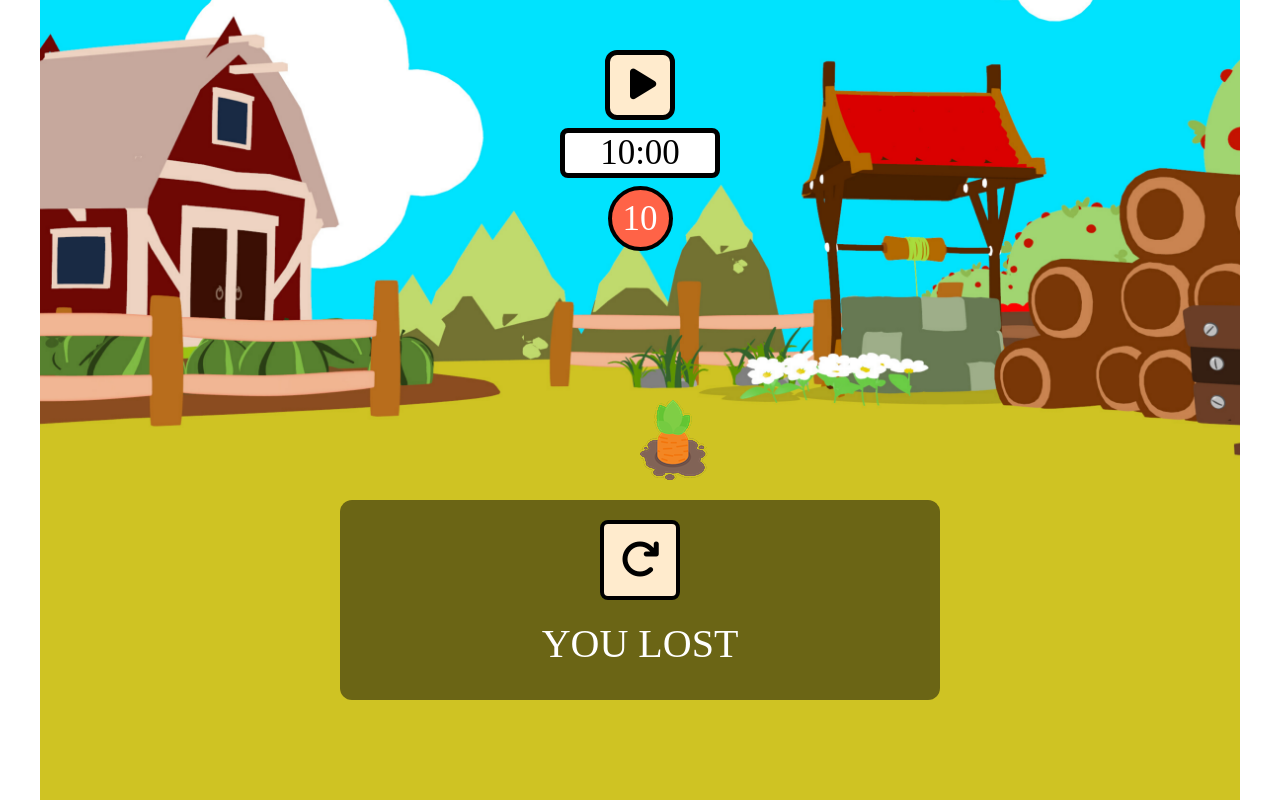
Repository: keehoonjung/Bug-Game
Page: index.html
These files come from the project's save history. The page is drawn as it stood at one moment and after the next save; the edit follows.
The browser window is 1280 px wide. The pictures show the whole page.
After loading, the first visible `button.play__btn` was clicked once.
Some web libraries are served in a nearby version.

Above is the page before, as saved 2021-08-10 12:03:54.

### index.html
<!DOCTYPE html>
<html lang="en">
<head>
    <meta charset="UTF-8">
    <meta http-equiv="X-UA-Compatible" content="IE=edge">
    <meta name="viewport" content="width=device-width, initial-scale=1.0">
    <title>Document</title>
    <link rel="stylesheet" href="style.css">
    <script src="main.js" defer></script>
    <script src="https://kit.fontawesome.com/a7a8d59961.js" crossorigin="anonymous"></script>
</head>
<body>
    <section class="container">
        <section class="header">
            <button class="play__btn">
                <i class="fas fa-play"></i>
            </button>
            <div class="timer">
                10:00
            </div>
            <div class="count">10</div>
        </section>
        <section class="playground">
        </section>
        <div class="popup">
            <button class="popup__btn">
                <i class="fas fa-redo"></i>
            </button>
            <div class="popup__message">YOU LOST</div>
        </div>
    </section>
</body>
</html>

### style.css
* {
  box-sizing: border-box;
}

body {
  margin: 0;
  text-align: center;
}

.container {
  background: center/ cover no-repeat url(/img/background.png);
  width: 1200px;
  height: 800px;
  margin: auto;
}

.header {
  height: 400px;
  padding-top: 50px;
}

.play__btn {
  width: 70px;
  height: 70px;
  background-color: blanchedalmond;
  font-size: 35px;
  border: 5px solid black;
  border-radius: 12px;
  padding-left: 12px;
  margin-bottom: 8px;
}

.timer {
  margin: auto;
  width: 160px;
  height: 50px;
  border: 5px solid black;
  border-radius: 8px;
  font-size: 35px;
  background-color: white;
  margin-bottom: 8px;
}

.count {
  margin: auto;
  width: 65px;
  height: 65px;
  background-color: tomato;
  border: 4px solid black;
  border-radius: 50%;
  font-size: 35px;
  padding: 9px 0;
  color: white;
}

.playground {
  position: relative;
  height: 400px;
}

.carrot {
  position: absolute;
}

.bug {
  position: absolute;
}

.popup {
  position: relative;
  bottom: 300px;
  left: 300px;
  width: 600px;
  height: 200px;
  background-color: rgba(9, 9, 9, 0.5);
  padding-top: 20px;
  border-radius: 12px;
}

.popup__btn {
  width: 80px;
  height: 80px;
  background-color: blanchedalmond;
  border: 4px solid black;
  border-radius: 8px;
  font-size: 40px;
  margin-bottom: 20px;
}

.popup__message {
  font-size: 40px;
  color: white;
}

### main.js
"use strict";

// 1. 플레이 버튼 누르면 벌래랑 당근 만들기.
const carroutCount = 10;
const bugCount = 6;

const playBtn = document.querySelector(".play__btn");
const playground = document.querySelector(".playground");

playBtn.addEventListener("click", () => {
  createCarrot(carroutCount);
});

// function createItem() {
//   createCarrot(carroutCount);
//   createBug(bugCount);
// }

function createCarrot(count) {
  for (let i = 0; i < count; i++) {
    const leftcoor = Math.random() * 1000 + 100;
    const topcoor = Math.random() * 350;
    const carrot = document.createElement("img");
    carrot.setAttribute("class", "carrot");
    carrot.setAttribute("src", `./img/carrot.png`);
    carrot.style.top = `${topcoor}`;
    carrot.style.left = `${leftcoor}`;
    console.log(carrot.style);
    playground.appendChild(carrot);
  }
}

// 2. 플레이 버튼 누르면 시간 감소

// 3. 당근, 벌래 누르면 없어짐

// 4. 당근 없어질때마다 카운트 감소

// 5. 카운트가 다 달면 팝업 보이기, 시간 다달면 팝업 보이기, 벌래 클릭하면 팝업 보이기

After the next save:
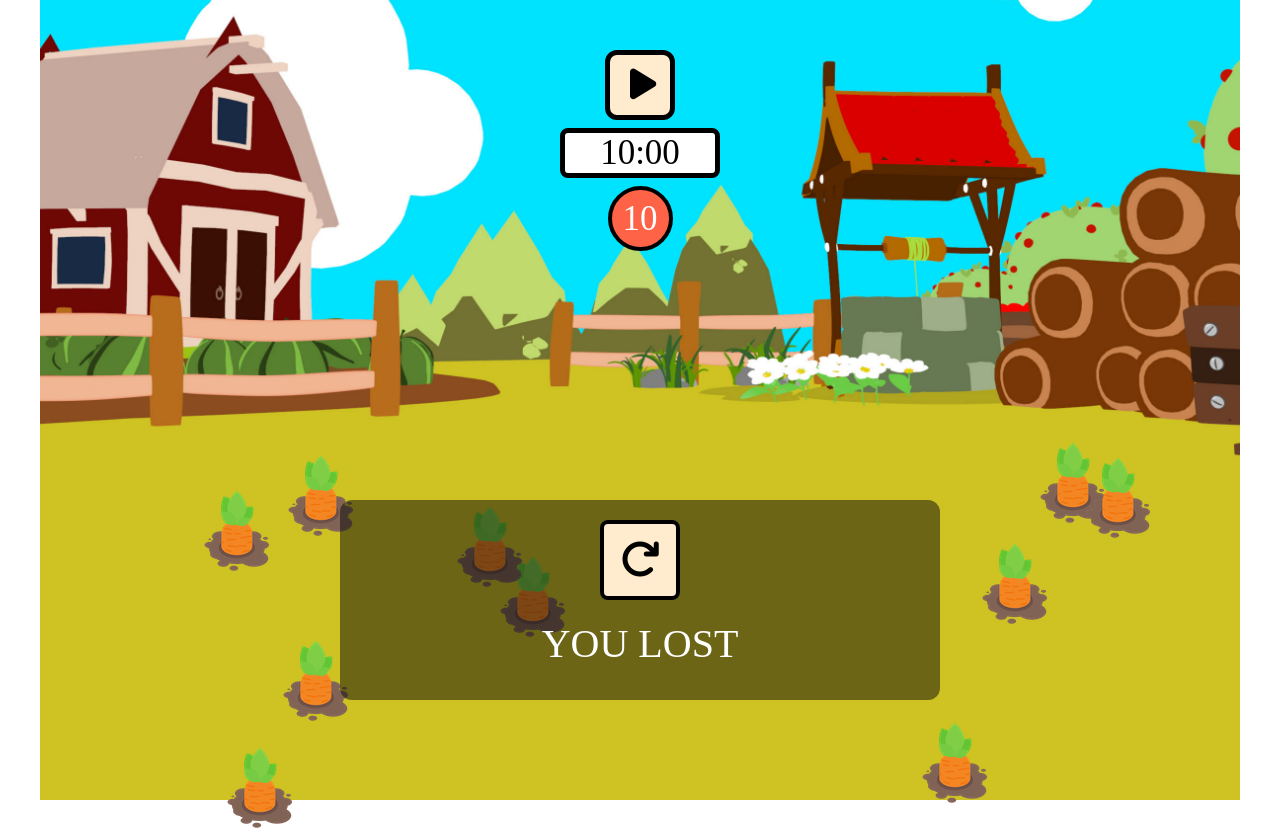
Saved 71 s later.
--- a/main.js
+++ b/main.js
@@ -23,8 +23,8 @@ function createCarrot(count) {
     const carrot = document.createElement("img");
     carrot.setAttribute("class", "carrot");
     carrot.setAttribute("src", `./img/carrot.png`);
-    carrot.style.top = `${topcoor}`;
-    carrot.style.left = `${leftcoor}`;
+    carrot.style.top = `${topcoor}px`;
+    carrot.style.left = `${leftcoor}px`;
     console.log(carrot.style);
     playground.appendChild(carrot);
   }
